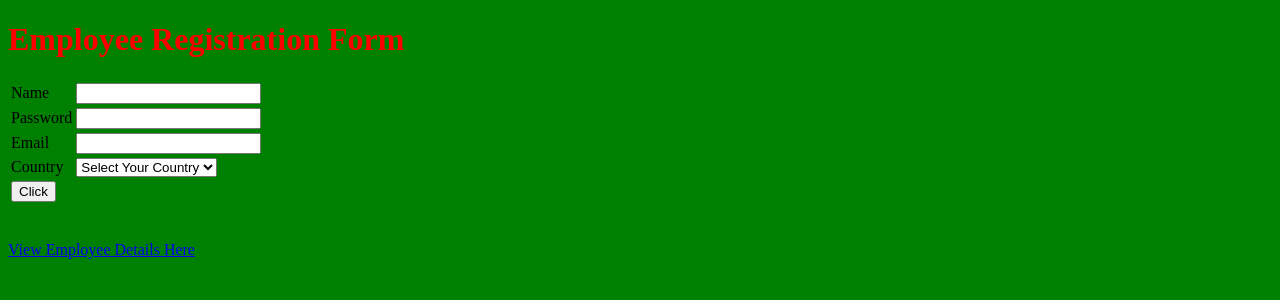
Repository: SurajPawar15-smart/JAVAProjects
Page: 15.DatabaseServletDemo/WebContent/index.html
These files come from the project's save history. The page is drawn as it stood at one moment and after the next save; the edit follows.
The browser window is 1280 px wide. The pictures show the whole page.

Above is the page before, as saved 2020-09-28 09:44:22.

### 15.DatabaseServletDemo/WebContent/index.html
<!DOCTYPE html>
<html>
<head>
<meta charset="ISO-8859-1">
<title>Insert title here</title>
<style>
body{
background-color:green;
}
h1{
color:red;
}
</style>
</head>
<body>
<h1>Employee Registration Form</h1>
<form action="SaveServlet" method="post">
<table>

<tr>
<td>Name</td>
<td><input type="text" name="ename"></td>
</tr>

<tr>
<td>Password</td>
<td><input type="password" name="epassword"></td>
</tr>
<tr>
<td>Email</td>
<td><input type="text" name="email"></td>
</tr>

<tr>
<td>Country</td>
<td><select>
<option>Select Your Country</option>
<option>India</option>
<option>USA</option>
<option>UAE</option>
<option>US</option>
<option>UnitedKingdom</option>
<option>other</option>
</select>
</td>
</tr>

<tr>
<td><input type="submit" value="Click"></td>
</tr>

</table>
</form>
<br><br>
<a href="ViewServlet">View Employee Details Here</a>
</body>
</html>

After the next save:
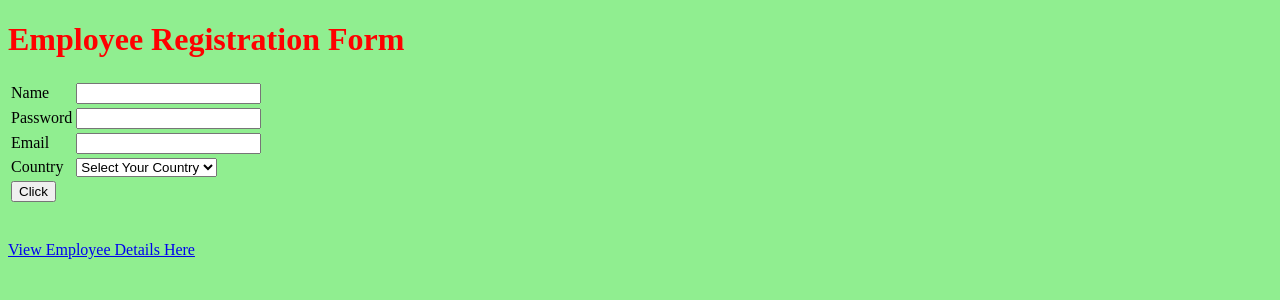
Saved 41 s later.
--- a/15.DatabaseServletDemo/WebContent/index.html
+++ b/15.DatabaseServletDemo/WebContent/index.html
@@ -5,7 +5,7 @@
 <title>Insert title here</title>
 <style>
 body{
-background-color:green;
+background-color:lightgreen;
 }
 h1{
 color:red;
